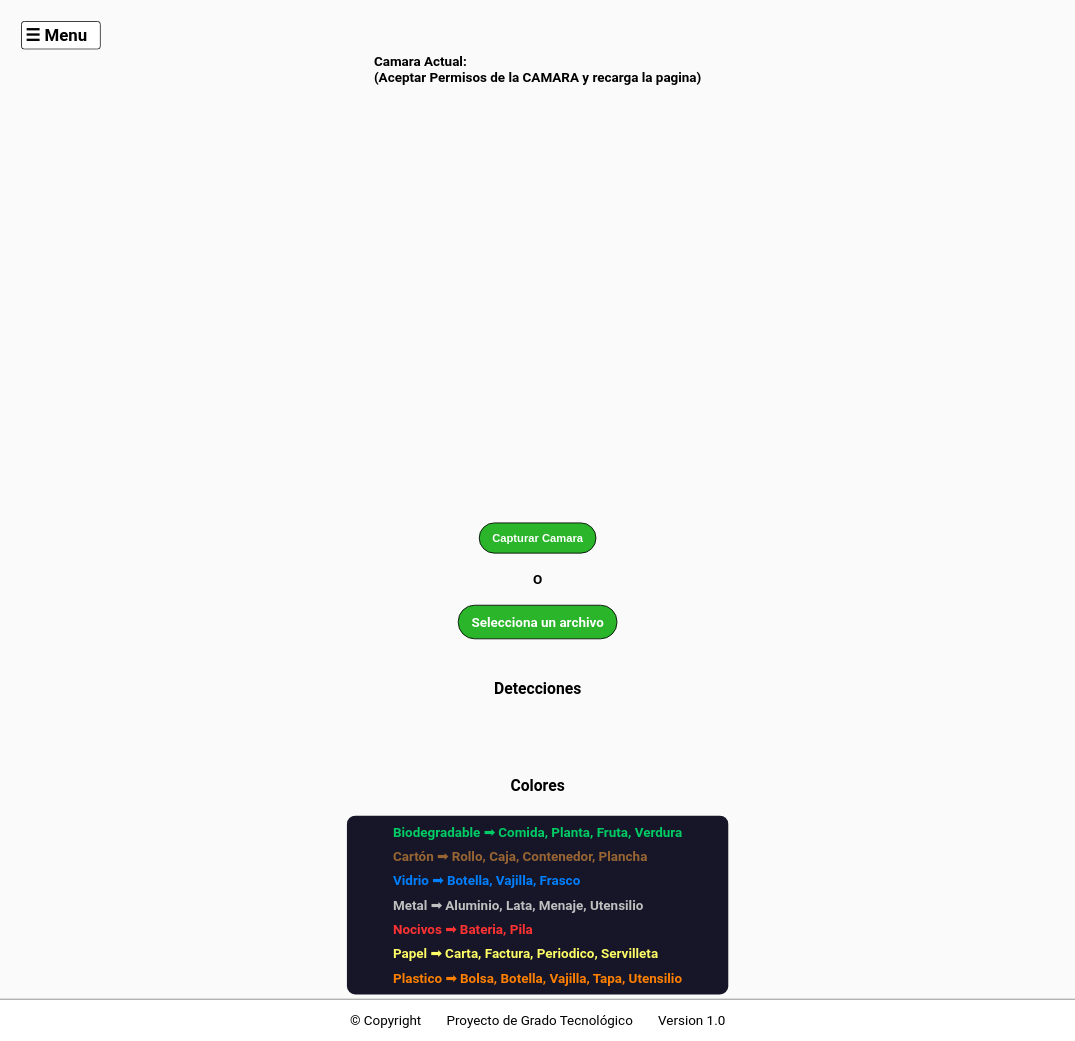
Repository: castecabas/Recicladora
Page: http://localhost/model
The author's editor kept a copy of each file at every save. The page is drawn from the files as they stood at one save, then again after the next save.
The browser window is 1280 px wide. The pictures show the whole page, at 84% of full size.
Pictures or frames that could not be fetched are drawn as grey boxes. The page is served by the project's application, run on Flask 3 (src/index.py).

Above is the page before, as saved 2024-12-29 14:04:01.

After the next save:
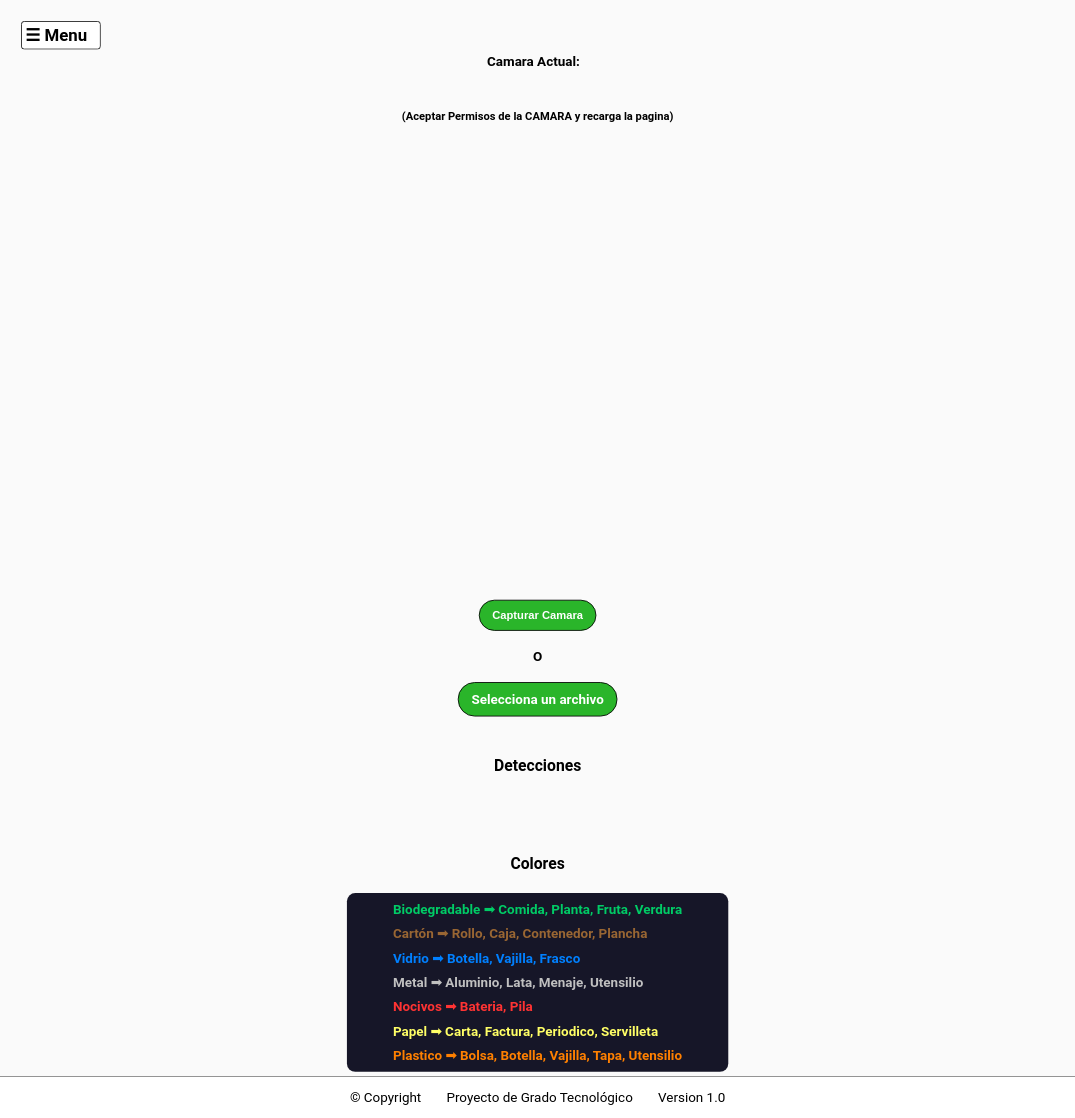
Saved 6 min 22 s later.
--- a/src/templates/model.html
+++ b/src/templates/model.html
@@ -46,7 +46,7 @@
             <div>
                 <div>
                     <p>Camara Actual: <span id="currentCamera"></span><br>
-                        (Aceptar Permisos de la CAMARA y recarga la pagina)</p>
+                        <h5>(Aceptar Permisos de la CAMARA y recarga la pagina)</h5></p>
                     <video id="video" width="640" height="480" autoplay></video><br>
                     <button id="captureBtn">Capturar Camara</button>
                     <p>O</p>
